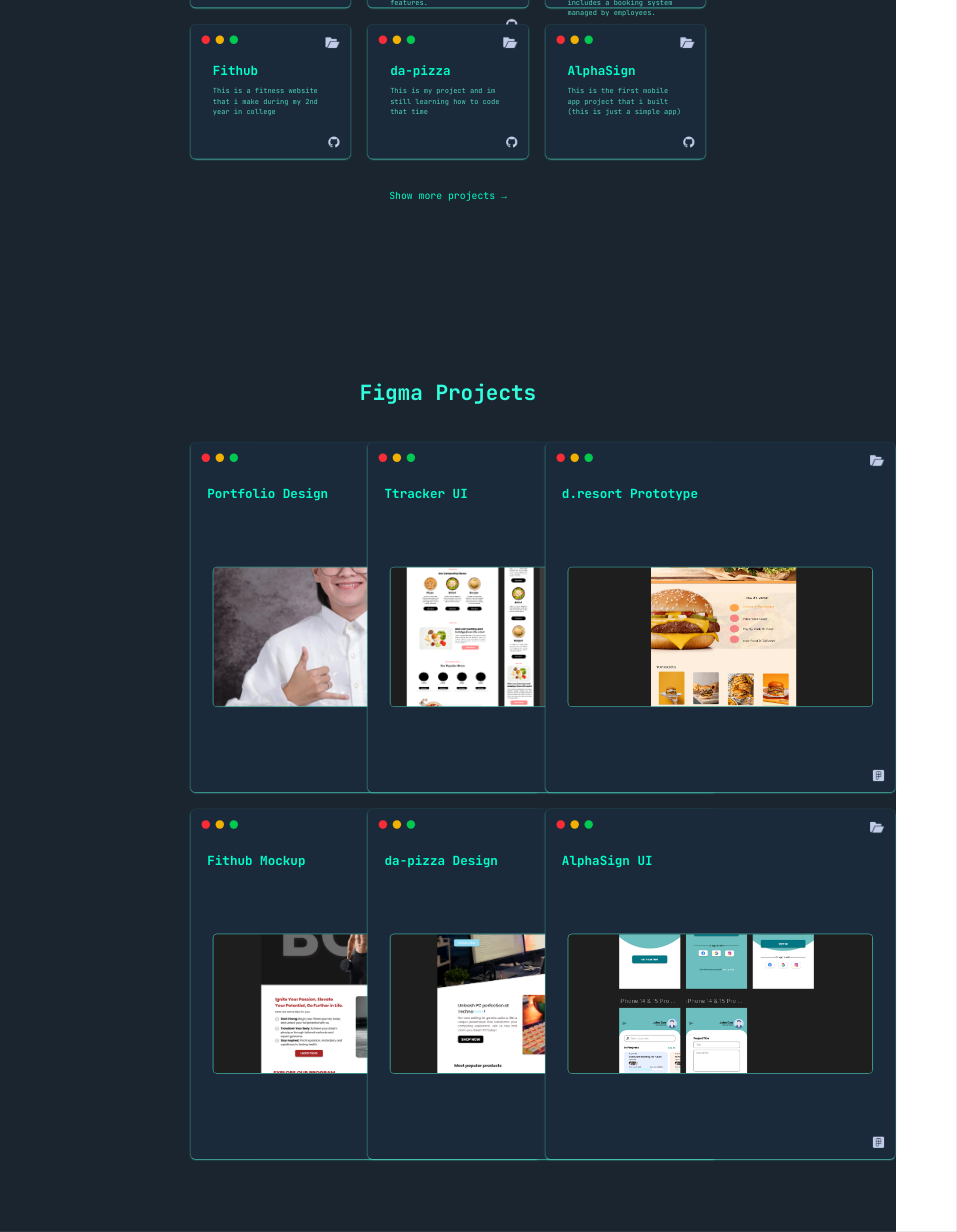
Repository: m4rsu-code/Portfolio
Page: / (app in my-portfolio/)
An editor plug-in stored every save of this project. The page is shown before and after a run of saves, followed by the edit.
The browser window is 1280 px wide. The page is 1367 px wide, so the pictures cover 1367 px, including what lies to the right of the window. The pictures show the part of the page from y = 3157 to 4917 px (the page is 4917 px tall), at 70% of full size.
The project was rebuilt for these pictures with package versions that can differ from the ones it lists, and the page was loaded fresh each time. Also part of the build but not shown: my-portfolio/vite.config.js, my-portfolio/src/assets/components/Modal/AchievementModal.jsx, my-portfolio/src/AchievementsPage.jsx, my-portfolio/src/ProjectPage.jsx.

Above is the page before, as saved 2025-08-04 16:46:21.

### my-portfolio/src/main.jsx
import { StrictMode } from "react";
import { createRoot } from "react-dom/client";
import { BrowserRouter as Router, Routes, Route } from "react-router-dom";
import "./assets/CSS/index.css";
import App from "./App.jsx";
import AchievementsPage from "./AchievementsPage.jsx";
import ProjectPage from "./ProjectPage.jsx";

createRoot(document.getElementById("root")).render(
  <StrictMode>
    <Router>
      <Routes>
        <Route path="/" element={<App />} />
        <Route path="/achievements" element={<AchievementsPage />} />
        <Route path="/projects" element={<ProjectPage />} />
      </Routes>
    </Router>
  </StrictMode>
);

### my-portfolio/src/assets/CSS/index.css
@import "tailwindcss";

@layer base {
  .font-jetbrains-mono {
    font-family: 'JetBrains Mono', monospace;
  }
}

### my-portfolio/src/App.jsx
import { useState } from 'react';
import { Link } from 'react-router-dom';
import Navbar from './assets/components/Navbar';
import AchievementModal from './assets/components/Modal/AchievementModal';
import './assets/CSS/animation.css';

function App() {
  const [count, setCount] = useState(0);
  const [isModalOpen, setIsModalOpen] = useState(false);
  const [selectedAchievement, setSelectedAchievement] = useState(null);

  const achievements = [
    {
      id: 1,
      image: '/Images/cert1.png',
      title: 'Digital Solution Showcase',
      description: 'Recognized for developing an innovative digital solution that streamlined project workflows and enhanced user experience across multiple platforms.',
      date: 'November 20, 2024',
    },
    {
      id: 2,
      image: '/Images/cert2.png',
      title: 'CCNA: Switching, Routing, and Wireless Essentials',
      description: 'Earned a student-level credential for completing the CCNA: Switching, Routing, and Wireless Essentials course.',
      date: 'February 12, 2024',
    },
    {
      id: 3,
      image: '/Images/cert3.png',
      title: 'Dean’s Lister',
      description: 'Consistently achieved Dean’s List recognition for outstanding academic performance, maintaining a GPA of 1.750 for the first semester academic year 2023-2024.',
      date: 'November 20, 2024',
    },
    {
      id: 4,
      image: '/Images/cert4.png',
      title: 'Wadhwani Impactful Writing Skills',
      description: 'Completed the Wadhwani Impactful Writing Skills program, enhancing professional communication for workplace effectiveness.',
      date: 'January 31, 2025',
    },
    {
      id: 5,
      image: '/Images/cert5.png',
      title: 'Wadhwani Impactful Writing Skills',
      description: 'Completed the Wadhwani Impactful Writing Skills program, enhancing professional communication for workplace effectiveness.',
      date: 'January 31, 2025',
    },
  ];

  const projects = [
    { id: 1, title: 'Portfolio', description: 'This is my portfolio', link: 'https://your-portfolio.com', githubLink: 'https://github.com/m4rsu-code/Portfolio/tree/main/my-portfolio'},
    { id: 2, title: 'Ttracker', description: 'This is a document tracking system called Ttracker I built during my internship. It handles ordinances, resolutions, and motions, with upload and download features.', githubLink: 'https://github.com/m4rsu-code/Ttracker/tree/main/Tracker' },
    { id: 3, title: 'd.resort', description: 'This is our capstone project — an IoT-based employee management system with a fingerprint scanner for attendance tracking and salary computation. It also includes a booking system managed by employees.', githubLink: 'https://github.com/m4rsu-code/d.resort'},
    { id: 4, title: 'Fithub', description: 'This is a fitness website that i make during my 2nd year in college', githubLink: 'https://github.com/m4rsu-code/FITHUB/tree/main/Fithub'},
    { id: 5, title: 'da-pizza', description: 'This is my project and im still learning how to code that time', githubLink: 'https://github.com/m4rsu-code/da-pizza/tree/main/da-pizza'},
    { id: 6, title: 'AlphaSign', description: 'This is the first mobile app project that i built (this is just a simple app)', githubLink: 'https://github.com/m4rsu-code/AlphaSign'},
    { id: 7, title: 'Hubit-mobile', description: 'Hubit is a simple fitness app we built quickly for our mobile development course, focusing on core features.', githubLink: 'https://github.com/m4rsu-code/HubIT-mobile'},
    { id: 8, title: 'Hubit-web', description: 'This is the web version, designed to complement the app.', githubLink: 'https://github.com/m4rsu-code/HubIT-web/tree/main/Adet_Website-main'},
  ];

  // New Figma Projects array with manually defined images and Figma links
  const figmaProjects = [
    {
      id: 1,
      title: 'Portfolio Design',
      image: '/Images/me.png',
      figmaLink: 'https://www.figma.com/file/your-portfolio-design-link',
    },
    {
      id: 2,
      title: 'Ttracker UI',
      image: '/Images/figma2.png',
      figmaLink: 'https://www.figma.com/file/your-ttracker-ui-link',
    },
    {
      id: 3,
      title: 'd.resort Prototype',
      image: '/Images/figma3.png',
      figmaLink: 'https://www.figma.com/file/your-dresort-prototype-link',
    },
    {
      id: 4,
      title: 'Fithub Mockup',
      image: '/Images/figma4.png',
      figmaLink: 'https://www.figma.com/file/your-fithub-mockup-link',
    },
    {
      id: 5,
      title: 'da-pizza Design',
      image: '/Images/figma5.png',
      figmaLink: 'https://www.figma.com/file/your-dapizza-design-link',
    },
    {
      id: 6,
      title: 'AlphaSign UI',
      image: '/Images/figma6.png',
      figmaLink: 'https://www.figma.com/file/your-alphasign-ui-link',
    },
  ];

  const openModal = (achievement) => {
    setSelectedAchievement(achievement);
    setIsModalOpen(true);
  };

  const closeModal = () => {
    setIsModalOpen(false);
    setSelectedAchievement(null);
  };

  console.log('Rendering App with achievements:', achievements);

  return (
    <div className='min-h-screen bg-[#1A252F]'>
      <Navbar />
      <div className='w-full px-60 py-10'>
        {/* Introduction Section */}
        <container className="flex flex-col items-center justify-center mt-30">
          <div className="flex flex-col md:flex-row items-center justify-center gap-35 px-8 py-16">
            {/* Image with Glowing Effect */}
            <div className="relative">
              <div className="rounded-full border-[2px] border-[#00FFCC] overflow-hidden w-[500px] h-[500px] animate-glow">
                <img
                  src="/Images/me.png"
                  alt="Martian L. Rebote"
                  className="object-cover w-full h-full"
                />
              </div>
            </div>

            {/* Text Content */}
            <div className="text-center md:text-left font-jetbrains-mono">
              <div className='w-full md:w-[750px]'>
                <p className="text-[#FFEA00] text-[18px]">Hi, my name is</p>
                <h1 className="text-[#00FFCC] text-[45px] font-bold mt-2">Martian L. Rebote</h1>
                <p className="text-base text-[30px] font-bold text-[#57CDB9] mt-4">
                  I turn ideas into clean, functional web experiences.
                </p>
                <p className="mt-4 text-[#4CD2BC] leading-relaxed text-[18px]">
                  I’m a frontend developer with a focus on building fast, accessible, and responsive websites that deliver great user experiences.
                </p>
              </div>

              <div className="mt-6 flex flex-col sm:flex-row items-center gap-4">
                <a href="/Martian_Rebote_CV.pdf" className="border border-[#00FFCC] px-5 py-2 rounded-md text-[#00FFCC] hover:bg-[#00FFCC] hover:text-black transition-colors">
                  Download CV
                </a>
                <a href="#portfolio" className="border border-[#FF38E5] px-5 py-2 rounded-md text-[#FF38E5] hover:bg-[#FF38E5] hover:text-black transition-colors">
                  Check out my work!
                </a>
              </div>
            </div>
          </div>
        </container>

        {/* About Me Section */}
        <container id="about" className="flex flex-col mt-30">
          <div className='flex flex-col md:flex-row items-center justify-between gap-10 px-8 py-16'>
            <div className='w-full md:w-[800px] text-left font-jetbrains-mono'>
              <h2 className='text-[#31FFDD] text-[30px] font-bold mb-7'>About Me</h2>
              <div className='w-full md:w-[900px] text-justify px-5'>
                <p className='text-[#4CD2BC] text-[18px] mt-4'>
                  Hi, I’m Martian L. Rebote, a junior frontend developer. I enjoy building and designing websites and mobile apps. I’m not only focused on programming, but I also like working on design, whether it’s for the web or mobile.
                </p>
                <p className='text-[#4CD2BC] text-[18px] mt-4'>
                  I’m flexible and open to learning. I can work as a full-stack developer if needed. During my internship, I became a full-stack developer and learned a lot, which helped me grow and understand more about the programming industry.
                </p>
                <p className='text-[#4CD2BC] text-[18px] mt-4'>
                  Some of the technologies I’ve used recently include:
                </p>

                <div className='flex flex-col sm:flex-row gap-10 mt-4'>
                  <ul className='text-[#4CD2BC] text-[18px] mt-2 list-disc pl-5'>
                    <li>React</li>
                    <li>React-Native</li>
                    <li>HTML</li>
                    <li>CSS</li>
                  </ul>
                  <ul className='text-[#4CD2BC] text-[18px] mt-2 list-disc pl-5'>
                    <li>Tailwind CSS</li>
                    <li>JavaScript</li>
                    <li>Python</li>
                    <li>Laravel</li>
                  </ul>
                </div>
              </div>
            </div>

            <div className="relative image-container w-[380px] h-[450px] group cursor-pointer">
              <div className="absolute left-5 w-full h-full border-3 border-[#00FFCC] rounded-[10px] uneven-box z-0 transition-transform duration-300 ease-in-out"></div>
              <div className="relative z-10 rounded-[10px] overflow-hidden w-full h-full transition-transform duration-300 ease-in-out group-hover:translate-x-[-10px] group-hover:translate-y-[-10px]">
                <img
                  src="/Images/me2.jpg"
                  alt="Martian L. Rebote"
                  className="object-cover w-full h-full"
                />
              </div>
            </div>
          </div>
        </container>

        {/* Achievements Section */}
        <container id="achievements" className="flex flex-col mt-30 px-8 py-16 font-jetbrains-mono">
          <h2 className="text-[#31FFDD] text-[30px] font-bold mb-12">Notable Achievements</h2>

          {/* Cards Grid - Limited to first 2 achievements */}
          <div>
            {/* First Row */}
            <div className="grid md:grid-cols-2 gap-10">
              {/* Left card (code-like box with image) */}
              <div className="bg-[#1B2A3A] rounded-lg p-4 flex flex-col h-96">
                <div className="flex gap-2 mb-4">
                  <div className="w-3 h-3 bg-red-500 rounded-full"></div>
                  <div className="w-3 h-3 bg-yellow-500 rounded-full"></div>
                  <div className="w-3 h-3 bg-green-500 rounded-full"></div>
                </div>
                <div
                  className="border border-[#4CD2BC] rounded-md flex-grow overflow-hidden group cursor-pointer"
                  onClick={() => openModal(achievements[0])}
                >
                  <img
                    src={achievements[0].image}
                    alt="Achievement Image"
                    className="w-full h-full object-cover transition-transform duration-300 ease-in-out group-hover:scale-110"
                  />
                </div>
              </div>

              {/* Right card (trophy + achievement with text) */}
              <div className="flex flex-col h-64">
                <p className="text-[#31FFDD] text-sm mb-2">Featured Achievement</p>
                <h3 className="text-[#31FFDD] text-lg font-bold flex items-center gap-2">
                  🏆 {achievements[0].title}
                </h3>
                <div className="border border-[#4CD2BC] rounded-md flex-grow mt-4 p-4 text-[#4CD2BC] text-sm overflow-auto">
                  {achievements[0].description}
                </div>
                <p className="text-[#4CD2BC] text-sm mt-2">Date: {achievements[0].date}</p>
              </div>
            </div>

            {/* Second Second Row */}
            <div className="grid md:grid-cols-2 gap-10 mt-10">
              {/* Left card (trophy + achievement with text) */}
              <div className="flex flex-col h-64">
                <p className="text-[#31FFDD] text-sm mb-2">Featured Achievement</p>
                <h3 className="text-[#31FFDD] text-lg font-bold flex items-center gap-2">
                  🏆 {achievements[1].title}
                </h3>
                <div className="border border-[#4CD2BC] rounded-md flex-grow mt-4 p-4 text-[#4CD2BC] text-sm overflow-auto">
                  {achievements[1].description}
                </div>
                <p className="text-[#4CD2BC] text-sm mt-2">Date: {achievements[1].date}</p>
              </div>

              {/* Right card (code-like box with image) */}
              <div className="bg-[#1B2A3A] rounded-lg p-4 flex flex-col h-96">
                <div className="flex gap-2 mb-4">
                  <div className="w-3 h-3 bg-red-500 rounded-full"></div>
                  <div className="w-3 h-3 bg-yellow-500 rounded-full"></div>
                  <div className="w-3 h-3 bg-green-500 rounded-full"></div>
                </div>
                <div
                  className="border border-[#4CD2BC] rounded-md flex-grow overflow-hidden group cursor-pointer"
                  onClick={() => openModal(achievements[1])}
                >
                  <img
                    src={achievements[1].image}
                    alt="Achievement Image"
                    className="w-full h-full object-cover transition-transform duration-300 ease-in-out group-hover:scale-110"
                  />
                </div>
              </div>
            </div>
          </div>

          {/* Show more link */}
          <div className="text-center mt-10">
            <Link
                to="/achievements"
                state={{ achievements }}
                className="text-[#31FFDD] text-sm hover:underline"
              >
                Show more achievements →
              </Link>
          </div>
        </container>

        {/* Project Section */}
        <container id='projects' className="flex flex-col mt-30 px-8 py-16 font-jetbrains-mono">
          <h2 className="text-[#31FFDD] text-[30px] text-center font-bold mb-12">Featured Projects</h2>
          <div className="grid grid-cols-1 sm:grid-cols-2 lg:grid-cols-3 gap-6">
            {projects.slice(0, 6).map((project) => (
              <div
                key={project.id}
                className="bg-[#1B2A3A] rounded-lg p-4 flex flex-col h-48 relative group shadow-xs shadow-[#4CD2BC] cursor-pointer transform transition-transform duration-300 ease-in-out hover:-translate-y-2"
              >
                <div className="flex gap-2">
                  <div className="w-3 h-3 bg-red-500 rounded-full"></div>
                  <div className="w-3 h-3 bg-yellow-500 rounded-full"></div>
                  <div className="w-3 h-3 bg-green-500 rounded-full"></div>
                  <div className="justify-end ml-auto">
                    <img src="/Images/open-folder.png" alt="Folder Icon" className="w-5 h-5" />
                  </div>
                </div>
                <div className="text-left rounded-md flex-grow p-4">
                  <h3 className="text-[#00FFCC] text-[18px] font-bold mb-2">{project.title}</h3>
                  <p className="text-[#4CD2BC] text-[10px]">{project.description}</p>
                </div>
                <div className="flex justify-end gap-2">
                  {project.githubLink ? (
                    <a href={project.githubLink} target="_blank" rel="noopener noreferrer" aria-label={`View ${project.title} on GitHub`}>
                      <img
                        src="/Images/github.png"
                        alt="GitHub Icon"
                        className="w-4 h-4 hover:in DAGGERvert hover:brightness-0 hover:sepia hover:saturate-[100%]"
                      />
                    </a>
                  ) : (
                    <img
                      src="/Images/github.png"
                      alt="GitHub Icon"
                      className="w-4 h-4 hover:invert hover:brightness-0 hover:sepia hover:saturate-[100%]"
                    />
                  )}
                  {project.title === 'Portfolio' && project.link && (
                    <a href={project.link} target="_blank" rel="noopener noreferrer" aria-label="View Portfolio Website">
                      <img
                        src="/Images/link.png"
                        alt="Link Icon"
                        className="w-4 h-4 hover:invert hover:brightness-0 hover:sepia hover:saturate-[100%]"
                      />
                    </a>
                  )}
                </div>
              </div>
            ))}
          </div>

          {projects.length > 6 && (
            <div className="text-center mt-10">
              <Link
                to="/projects"
                state={{ projects }}
                className="text-[#00FFCC] text-sm hover:underline"
              >
                Show more projects →
              </Link>
            </div>
          )}
        </container>

        {/* Figma Projects Section */}
        <container className="flex flex-col mt-30 px-8 py-16 font-jetbrains-mono">
          <h2 className="text-[#31FFDD] text-[30px] text-center font-bold mb-12">Figma Projects</h2>
          <div className="grid grid-cols-1 sm:grid-cols-2 lg:grid-cols-3 gap-6">
            {figmaProjects.map((project) => (
              <div
                key={project.id}
                className="bg-[#1B2A3A] rounded-lg p-4 flex flex-col w-[500px] h-[500px] relative group shadow-xs shadow-[#4CD2BC] cursor-pointer transform transition-transform duration-300 ease-in-out hover:-translate-y-2"
              >
                {/* Header with window controls and folder icon */}
                <div className="flex gap-2 mb-4">
                  <div className="w-3 h-3 bg-red-500 rounded-full"></div>
                  <div className="w-3 h-3 bg-yellow-500 rounded-full"></div>
                  <div className="w-3 h-3 bg-green-500 rounded-full"></div>
                  <div className="justify-end ml-auto">
                    <img src="/Images/open-folder.png" alt="Folder Icon" className="w-5 h-5" />
                  </div>
                </div>

                {/* Project Title */}
                <div className="flex items-start justify-start p-2">
                  <h3 className="text-[#00FFCC] text-[18px] font-bold">{project.title}</h3>
                </div>

                {/* Image with Border and No Overlap */}
                <div className="flex-grow flex items-center justify-center p-2">
                  <div className="flex-grow flex items-center justify-center p-2">
                    <div className="border border-[#4CD2BC] rounded-md w-full h-full max-h-[200px] overflow-hidden flex items-center justify-center">
                      <img
                        src={project.image}
                        alt={`${project.title} Image`}
                        className="max-h-full max-w-full object-contain"
                        onError={(e) => (e.target.src = '/Images/fallback.png')}
                        loading="lazy"
                      />
                    </div>
                  </div>
                </div>

                {/* Figma Link */}
                <div className="flex justify-end gap-2 mt-2">
                  {project.figmaLink && (
                    <a
                      href={project.figmaLink}
                      target="_blank"
                      rel="noopener noreferrer"
                      aria-label={`View ${project.title} on Figma`}
                    >
                      <img
                        src="/Images/figma.png"
                        alt="Figma Icon"
                        className="w-4 h-4 hover:invert hover:brightness-0 hover:sepia hover:saturate-[100%]"
                      />
                    </a>
                  )}
                </div>
              </div>
            ))}
          </div>
          {figmaProjects.length > 6 && (
            <div className="text-center mt-10">
              <Link
                to="/figma-projects"
                state={{ figmaProjects }}
                className="text-[#00FFCC] text-sm hover:underline"
              >
                Show more Figma projects →
              </Link>
            </div>
          )}
        </container>

        {/* Modal */}
        {isModalOpen && selectedAchievement && (
          <AchievementModal
            image={selectedAchievement.image}
            title={selectedAchievement.title}
            description={selectedAchievement.description}
            date={selectedAchievement.date}
            onClose={closeModal}
          />
        )}
      </div>
    </div>
  );
}

export default App;

### my-portfolio/src/assets/CSS/Navbar.css
.nav-link {
  position: relative;
  text-decoration: none;
}

.nav-link::after {
  content: '';
  position: absolute;
  width: 100%;
  height: 2px;
  bottom: -2px;
  left: 0;
  background-color: #31FFDD;
  transform: scaleX(0);
  transform-origin: bottom right;
  transition: transform 0.3s ease-in-out;
}

.nav-link:hover::after {
  transform: scaleX(1);
  transform-origin: bottom left;
}

Loaded but not shown: my-portfolio/index.html (common file); my-portfolio/src/assets/components/Navbar.jsx (20 lines, source omitted); my-portfolio/src/assets/CSS/animation.css (37 lines, source omitted)

After the next 4 saves:
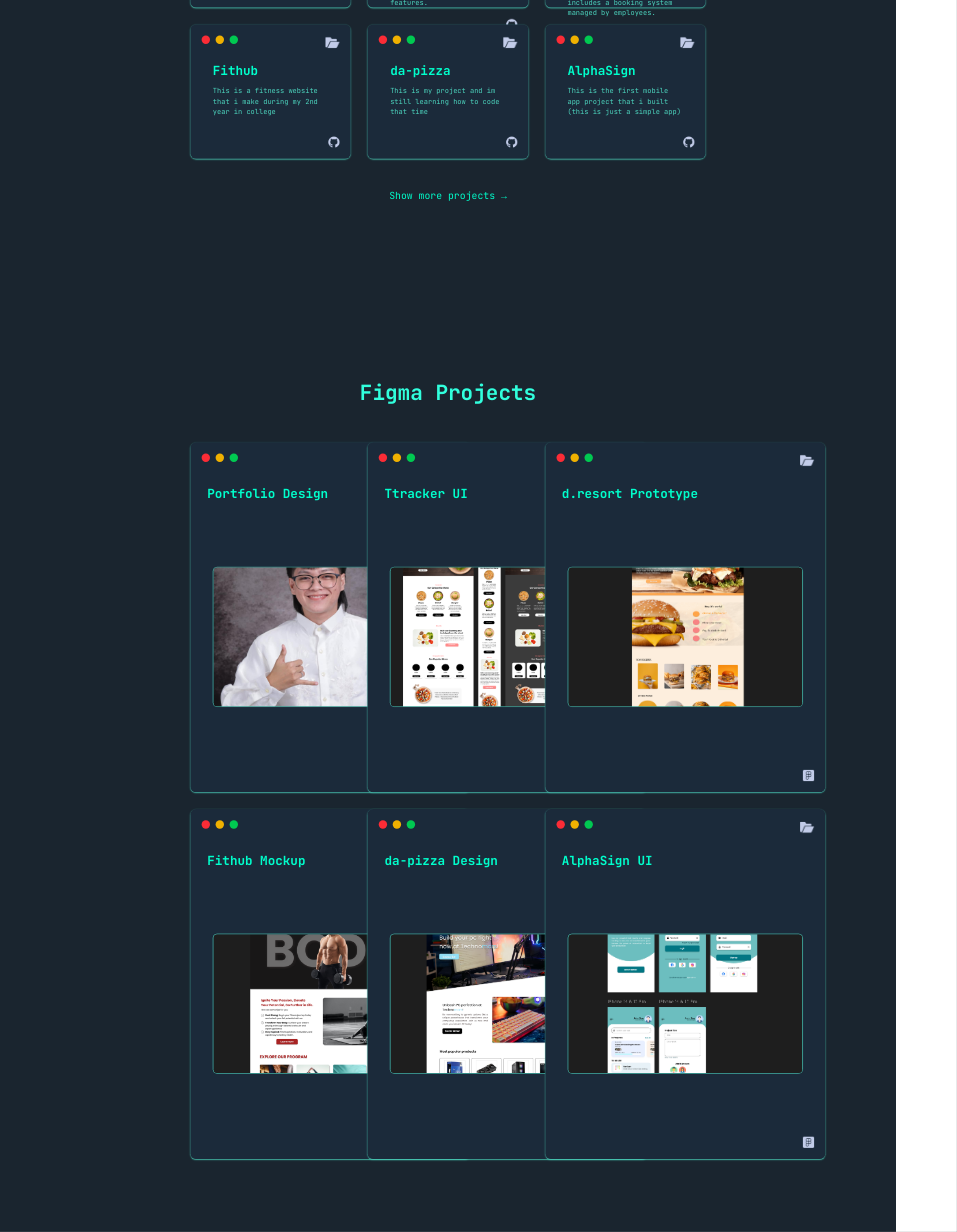
The 4 saves are shown as one change because they came seconds apart.
The last was saved 14 s later.
--- a/my-portfolio/src/App.jsx
+++ b/my-portfolio/src/App.jsx
@@ -357,7 +357,7 @@ function App() {
             {figmaProjects.map((project) => (
               <div
                 key={project.id}
-                className="bg-[#1B2A3A] rounded-lg p-4 flex flex-col w-[500px] h-[500px] relative group shadow-xs shadow-[#4CD2BC] cursor-pointer transform transition-transform duration-300 ease-in-out hover:-translate-y-2"
+                className="bg-[#1B2A3A] rounded-lg p-4 flex flex-col w-[400px] h-[500px] relative group shadow-xs shadow-[#4CD2BC] cursor-pointer transform transition-transform duration-300 ease-in-out hover:-translate-y-2"
               >
                 {/* Header with window controls and folder icon */}
                 <div className="flex gap-2 mb-4">
